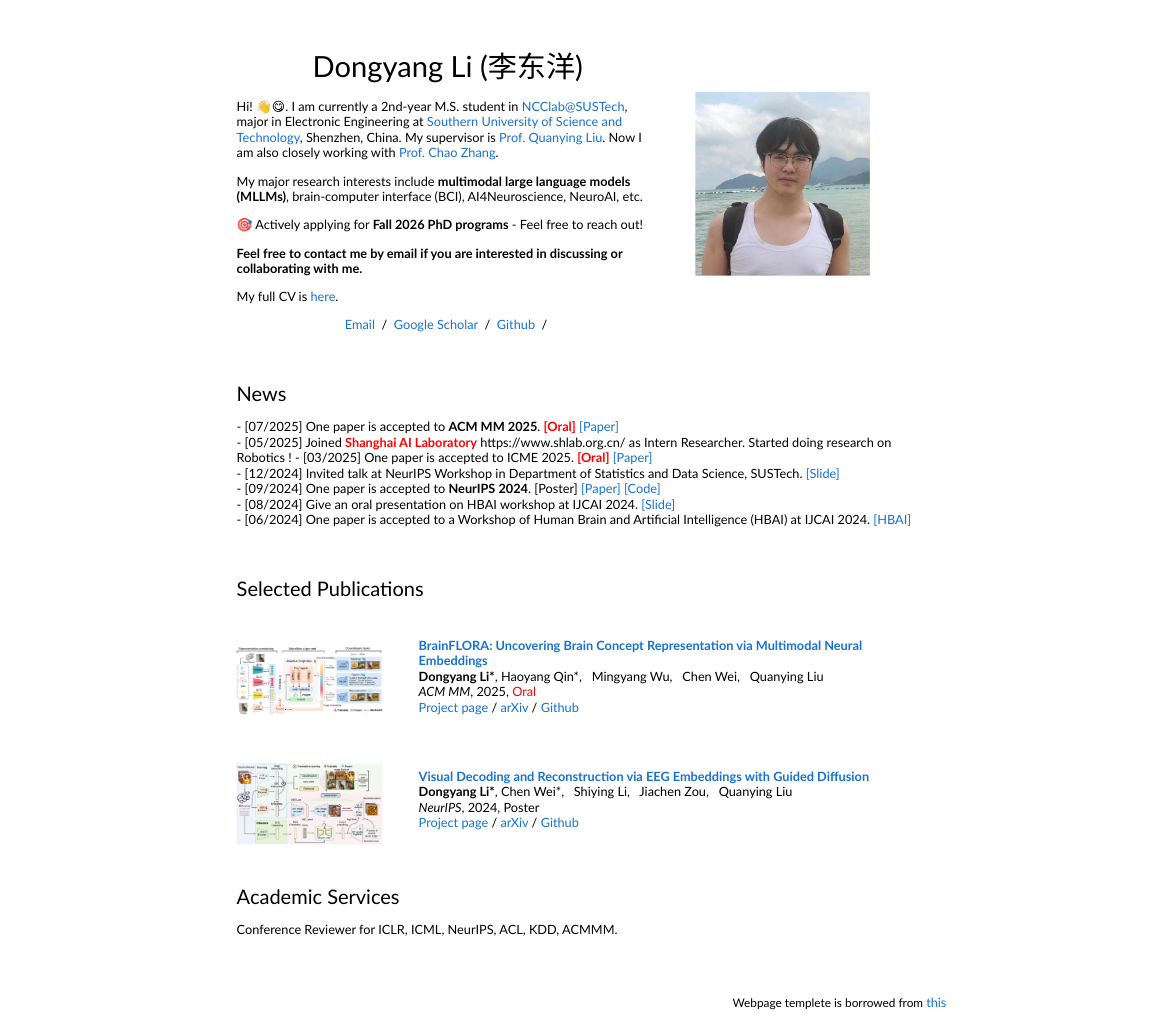
Repository: dongyangli-del/dongyangli-del.github.io
Page: index.html
The author's editor kept a copy of each file at every save. The page is drawn from the files as they stood at one save, then again after the next save.
The browser window is 1280 px wide. The pictures show the whole page, at 91% of full size.

Above is the page before, as saved 2025-07-12 21:39:23.

After the next save:
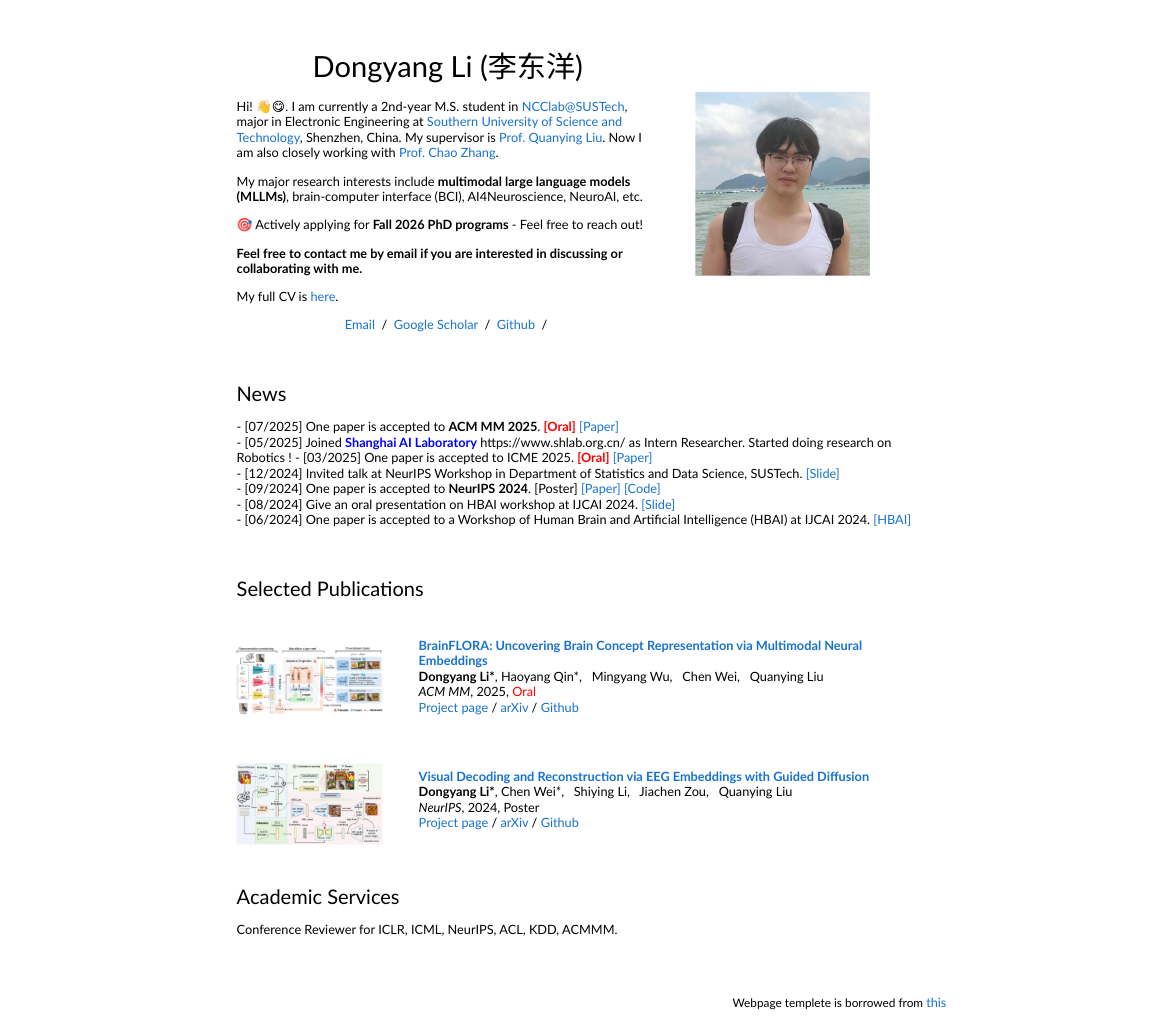
Saved 44 s later.
--- a/index.html
+++ b/index.html
@@ -78,7 +78,7 @@
               <p>
                 - [07/2025] One paper is accepted to <strong>ACM MM 2025</strong>. <span style="color: red; font-weight: bold;">[Oral]</span> <a href="https://arxiv.org/pdf/2410.23754">[Paper]</a><br>
 
-                - [05/2025] Joined <a href="https://arxiv.org/abs/2403.07721"><span style="color: red; font-weight: bold;">Shanghai AI Laboratory</span></a> https://www.shlab.org.cn/ as Intern Researcher. Started doing research on Robotics !
+                - [05/2025] Joined <a href="https://arxiv.org/abs/2403.07721"><span style="color: blue; font-weight: bold;">Shanghai AI Laboratory</span></a> https://www.shlab.org.cn/ as Intern Researcher. Started doing research on Robotics !
 
                 - [03/2025] One paper is accepted to ICME 2025. <span style="color: red; font-weight: bold;">[Oral]</span> <a href="https://arxiv.org/pdf/2410.23754">[Paper]</a><br>
 
